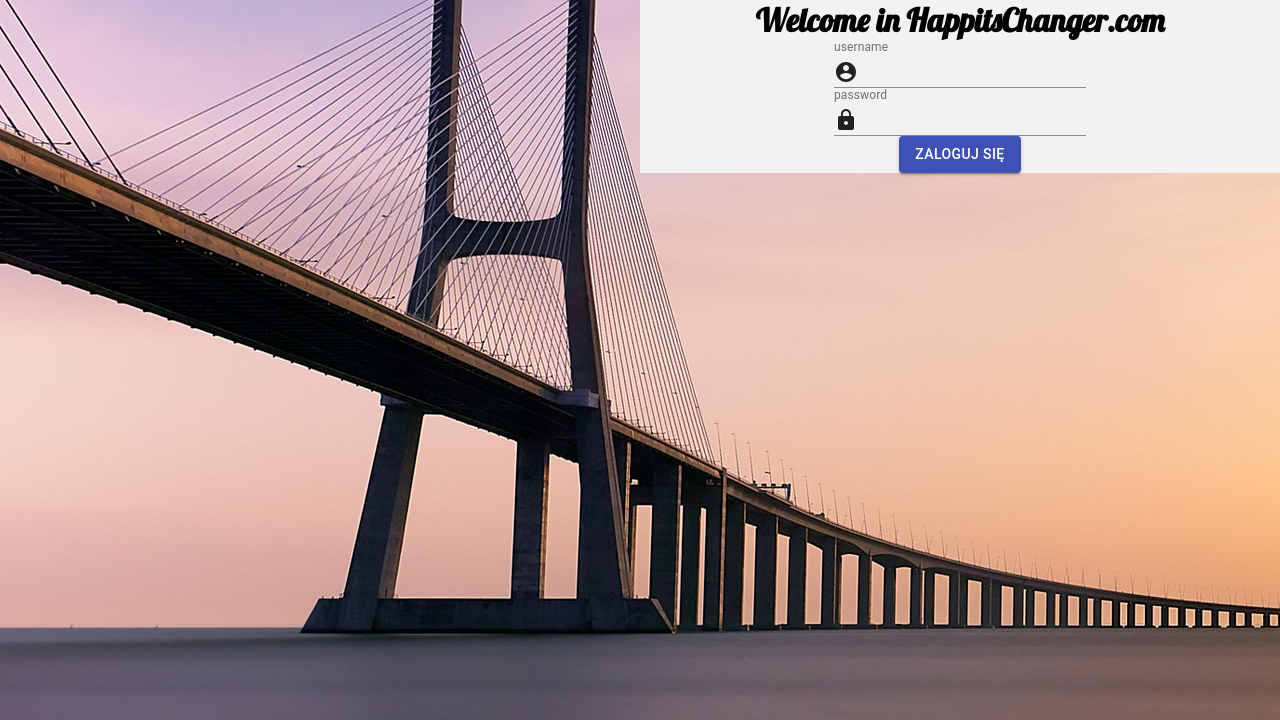
Repository: pgruca96/HappitsChanger
Page: /
An editor plug-in stored every save of this project. The page is shown before and after the next save, followed by the edit.
The browser window is 1280 px wide. The pictures show the whole page.
The project was rebuilt for these pictures with package versions that can differ from the ones it lists, and the page was loaded fresh each time.

Above is the page before, as saved 2020-10-25 15:10:30.

After the next save:
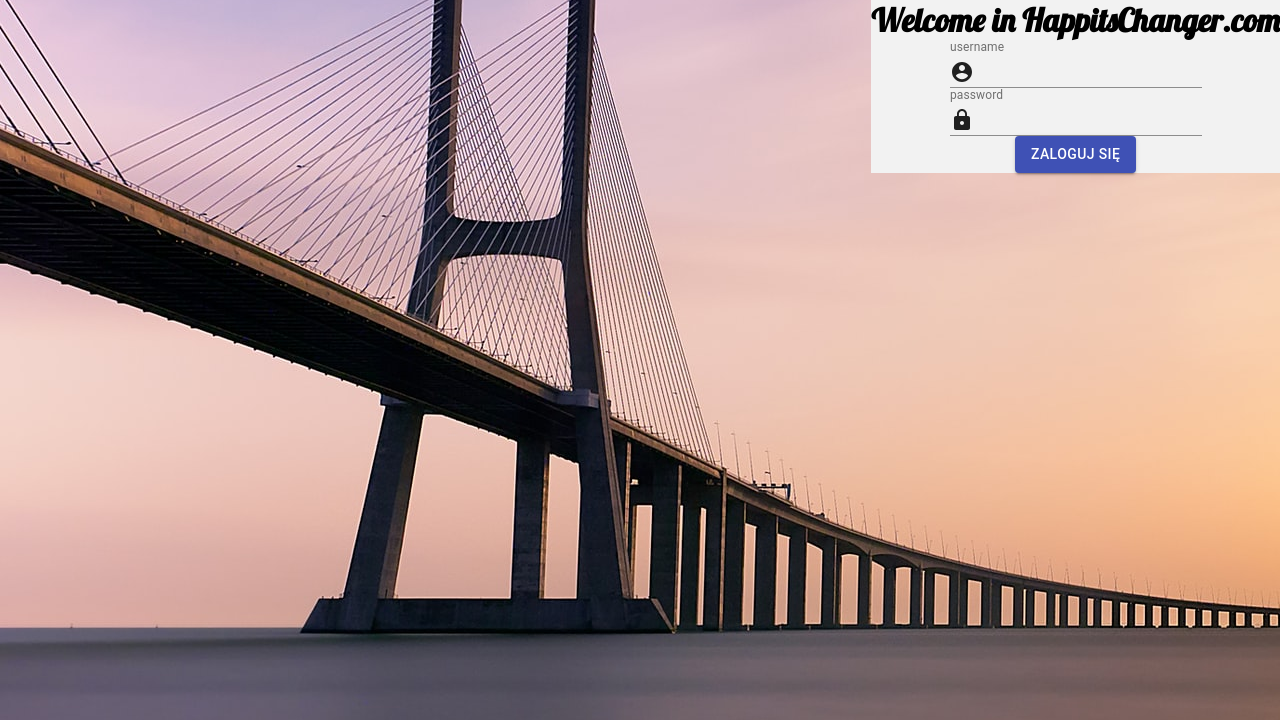
Saved 51 s later.
--- a/src/containers/loginPage/index.js
+++ b/src/containers/loginPage/index.js
@@ -9,7 +9,7 @@
     <Grid container>
       <Grid item xs={12}>
         <LoginPageContainer>
-          <Grid item sm={6}>
+          <Grid item m={6}>
             <LoginForm />
           </Grid>
         </LoginPageContainer>

After the save that followed:
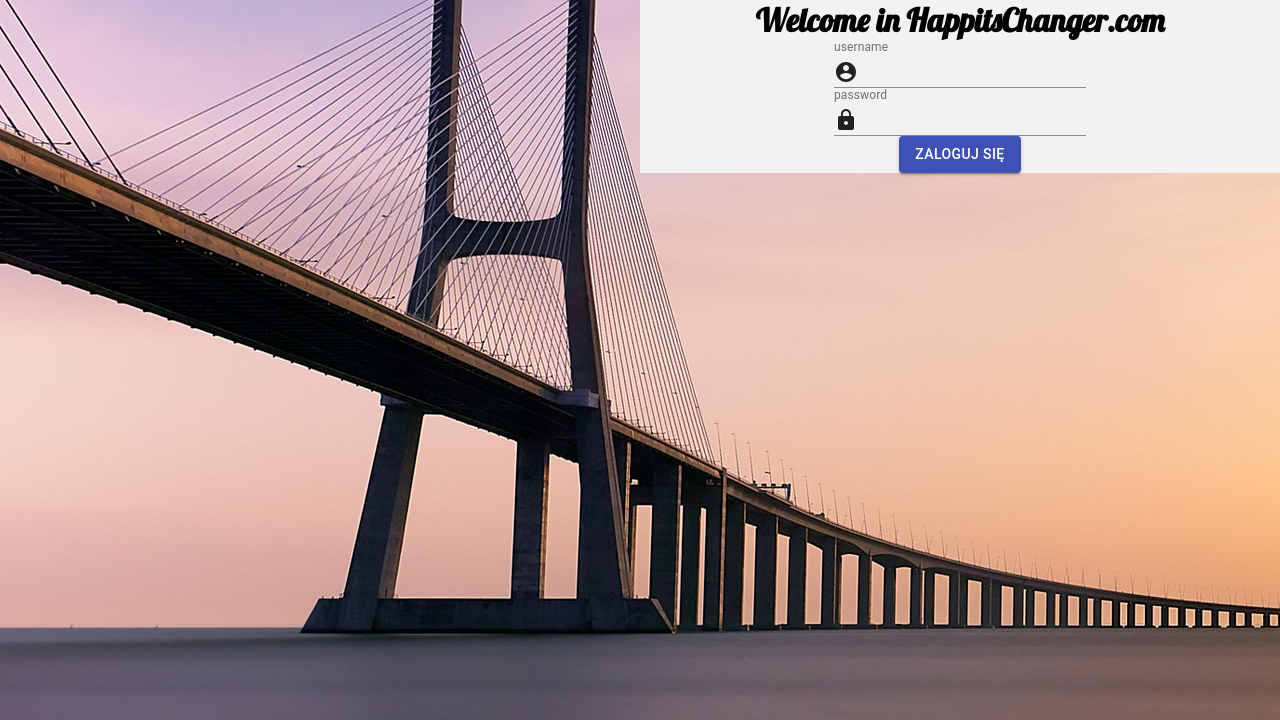
Saved 60 s later.
--- a/src/containers/loginPage/index.js
+++ b/src/containers/loginPage/index.js
@@ -9,7 +9,7 @@
     <Grid container>
       <Grid item xs={12}>
         <LoginPageContainer>
-          <Grid item m={6}>
+          <Grid item md={6}>
             <LoginForm />
           </Grid>
         </LoginPageContainer>
